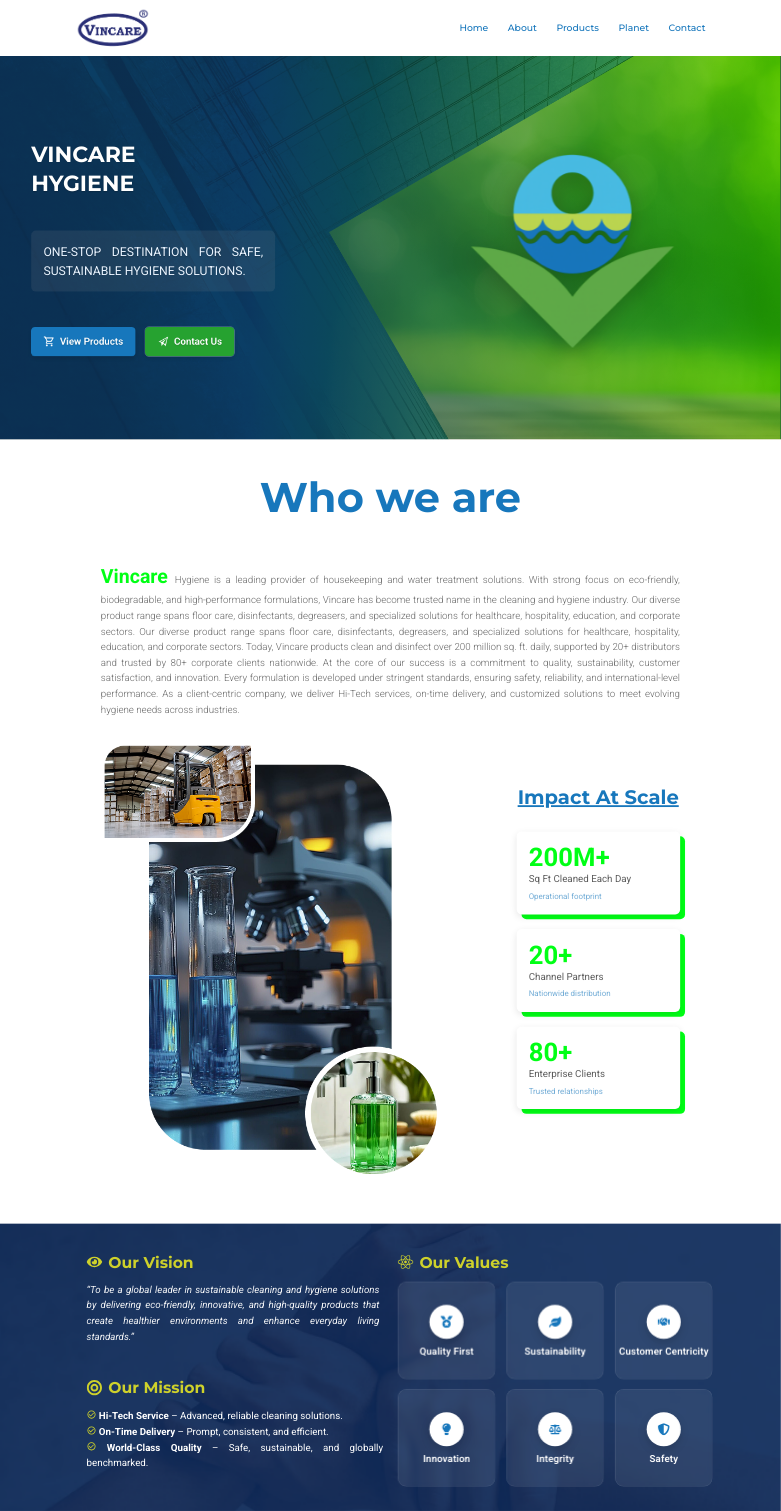
Repository: Yeshwanth-189/vincare
Page: / (app in vincare-frontend/)
The author's editor kept a copy of each file at every save. The page is drawn from the files as they stood at one save, then again after the next save.
The browser window is 1280 px wide. The pictures show the whole page, at 61% of full size.
The project was rebuilt for these pictures with package versions that can differ from the ones it lists, and the page was loaded fresh each time. Also part of the build but not shown: vincare-frontend/vite.config.js.

Above is the page before, as saved 2025-09-20 18:50:46.

### vincare-frontend/index.html
<!DOCTYPE html>
<html lang="en">
  <head>
    <meta charset="UTF-8" />
    <link rel="preconnect" href="https://fonts.googleapis.com" />
    <link rel="preconnect" href="https://fonts.gstatic.com" crossorigin />
    <link rel="icon" type="image/svg+xml" href="/Vincare-Logo.png" />
    <link
      href="https://fonts.googleapis.com/css2?family=Lato:ital,wght@0,100;0,300;0,400;0,700;0,900;1,100;1,300;1,400;1,700;1,900&family=Montserrat:ital,wght@0,100..900;1,100..900&family=Roboto:ital,wght@0,100..900;1,100..900&display=swap"
      rel="stylesheet"
    />
    <meta name="viewport" content="width=device-width, initial-scale=1.0" />
    <title>Vincare Hygiene</title>
  </head>
  <body>
    <div id="root"></div>
    <script type="module" src="/src/main.jsx"></script>
  </body>
</html>

### vincare-frontend/src/App.jsx
import "./App.css";
import Vincare from "./components/Vincare";
import { BrowserRouter as Router, Routes, Route } from "react-router-dom";

function App() {
  return (
    <>
      <Router>
        <Routes>
          <Route path="/" element={<Vincare />} />
        </Routes>
      </Router>
    </>
  );
}

export default App;

### vincare-frontend/src/App.css
:root {
  /* Brand Colors */
  --color-primary: #1777bc; /* Dark Navy Blue */
  --color-secondary: rgb(0, 255, 21); /* Professional Light Blue */

  /* Backgrounds */
  --color-bg: #ffffff;
  --color-bg-light: #f5f5f5;

  /* Neutral Grays */
  --color-gray-dark: #333333;
  --color-gray-mid: #666666;
  --color-gray-light: #f5f5f5;

  /* Status Colors */
  --color-success: #2e7d32;
  --color-warning: #ed6c02;
  --color-error: #d32f2f;

  /* Typography */
  --font-heading: "Montserrat", serif;
  --font-body: "Roboto", sans-serif;

  /* Font Sizes (scalable for responsive design) */
  --text-h1: 2.5rem;
  --text-h2: 2rem;
  --text-h3: 1.5rem;
  --text-body: 1rem;
  --text-small: 0.875rem;

  /* Spacing (consistent padding/margin system) */
  --space-xs: 4px;
  --space-sm: 8px;
  --space-md: 16px;
  --space-lg: 24px;
  --space-xl: 32px;

  /* Border Radius */
  --radius-sm: 4px;
  --radius-md: 8px;
  --radius-lg: 16px;

  /* Shadows */
  --shadow-sm: 0 1px 2px rgba(0, 0, 0, 0.05);
  --shadow-md: 0 4px 6px rgba(0, 0, 0, 0.1);
  --shadow-lg: 0 10px 15px rgba(0, 0, 0, 0.15);
}

html,
body {
  margin: 0;
  padding: 0;
}
* {
  box-sizing: border-box;
}
/* Base Typography */
body {
  font-family: var(--font-body);
  font-size: var(--text-body);
  color: var(--color-gray-dark);
  background-color: var(--color-bg);
  margin: 0;
  padding: 0;
}

h1,
h2,
h3,
h4,
h5,
h6 {
  font-family: var(--font-heading);
  color: var(--color-primary);
  margin: 0 0 var(--space-md);
}

p {
  margin: 0 0 var(--space-md);
  color: var(--color-gray-mid);
}

### vincare-frontend/src/components/Vincare.jsx
import React from "react";
import NavBar from "../components/Navbar";
import Hero from "../components/Hero";
import About from "../components/About";
// import Services from "../components/Services";
// import Projects from "../components/Projects";
// import Courses from "../components/Courses";
// import Blogs from "../components/Blogs";
// import Contact from "../components/Contact";
// import Footer from "../components/Footer";

function Vincare() {
  return (
    <>
      <NavBar />
      <section id="home">
        <Hero />
      </section>
      <section id="about">
        <About />
      </section>
      {/* <section id="services">
        <Services />
      </section>
      <section id="courses">
        <Courses />
      </section>
      <section id="projects">
        <Projects />
      </section>
      <section id="blogs">
        <Blogs />
      </section>
      <section id="contact">
        <Contact />
      </section>
      <Footer /> */}
    </>
  );
}

export default Vincare;

### vincare-frontend/src/components/Navbar.jsx
import React, { useState } from "react";
import { Link as ScrollLink } from "react-scroll";
import "../styles/Navbar.css";
import VincareLogo from "../assets/Vincare-Logo.png";
import VincareWordLogo from "../assets/Vincare-Word-Logo.png";

function Navbar() {
  const [isOpen, setIsOpen] = useState(false);

  return (
    <nav className="navbar">
      <div className="navbar-grid">
        <div className="col-1" />

        <div className="col-2to11 navbar-content">
          <div className="navbar-logo">
            <img
              alt="logo"
              className="navbar-word-logo-image"
              src={VincareWordLogo}
            />
            <div className="hamburger" onClick={() => setIsOpen(!isOpen)}>
              <span className={isOpen ? "bar rotate-top" : "bar"}></span>
              <span className={isOpen ? "bar fade" : "bar"}></span>
              <span className={isOpen ? "bar rotate-bottom" : "bar"}></span>
            </div>
          </div>

          {/* Smooth Scrolling Links */}
          <div className={`navbar-links ${isOpen ? "open" : ""}`}>
            <ScrollLink
              to="home"
              smooth={true}
              duration={700}
              onClick={() => setIsOpen(false)}
            >
              Home
            </ScrollLink>
            <ScrollLink
              to="about"
              smooth={true}
              duration={700}
              onClick={() => setIsOpen(false)}
            >
              About
            </ScrollLink>
            <ScrollLink
              to="services"
              smooth={true}
              duration={700}
              onClick={() => setIsOpen(false)}
            >
              Products
            </ScrollLink>
            <ScrollLink
              to="courses"
              smooth={true}
              duration={700}
              onClick={() => setIsOpen(false)}
            >
              Planet
            </ScrollLink>
            <ScrollLink
              to="contact"
              smooth={true}
              duration={700}
              onClick={() => setIsOpen(false)}
            >
              Contact
            </ScrollLink>
          </div>
        </div>

        <div className="col-12" />
      </div>
    </nav>
  );
}

export default Navbar;

### vincare-frontend/src/components/Hero.jsx
import React from "react";
// eslint-disable-next-line no-unused-vars
import { motion } from "framer-motion";
import "../styles/hero.css";
import HeroBg from "../assets/hero-of-bg.png";
import SideImage from "../assets/Vincare-Logo.png";
import { IoMdPaperPlane } from "react-icons/io";
import { MdOutlineShoppingCart } from "react-icons/md";

/**
 * Props:
 * - title       (string)
 * - subtitle    (string)
 * - text        (string)
 * - primaryCta  ({ label: string, onClick?: fn, href?: string })
 * - secondaryCta({ label: string, onClick?: fn, href?: string })
 * - bgImage     (string) // URL for hero background image
 */
export default function Hero({
  title = "VINCARE",
  subtitle = "HYGIENE",
  text = "ONE-STOP DESTINATION FOR SAFE, SUSTAINABLE HYGIENE SOLUTIONS.",
  primaryCta = { label: "View Products", href: "#" },
  secondaryCta = { label: "Contact Us", href: "#" },
  bgImage = HeroBg,
  sideImage = SideImage,
}) {
  // animation variants
  const container = {
    hidden: { opacity: 0 },
    show: {
      opacity: 1,
      transition: { staggerChildren: 0.12, delayChildren: 0.15 },
    },
  };

  const riseUp = {
    hidden: { opacity: 0, y: 24 },
    show: {
      opacity: 1,
      y: 0,
      transition: { type: "spring", stiffness: 90, damping: 14 },
    },
  };

  const slideIn = {
    hidden: { opacity: 0, x: -24 },
    show: {
      opacity: 1,
      x: 0,
      transition: { type: "spring", stiffness: 90, damping: 16 },
    },
  };

  const fadeIn = {
    hidden: { opacity: 0 },
    show: { opacity: 1, transition: { duration: 0.35 } },
  };

  return (
    <section
      className="hero"
      style={{ ["--hero-bg-image"]: `url(${bgImage})` }}
      aria-label="Intro"
    >
      <div className="hero__inner">
        {/* Column 1 & 12 are gutters by layout rules in CSS */}
        <motion.div
          className="hero__content"
          variants={container}
          initial="hidden"
          animate="show"
        >
          <motion.h1 className="hero__title" variants={riseUp}>
            {title}
          </motion.h1>

          <motion.h1 className="hero__title" variants={fadeIn}>
            {subtitle}
          </motion.h1>

          <motion.p className="hero__text" variants={slideIn}>
            {text}
          </motion.p>

          <motion.div className="hero__actions" variants={fadeIn}>
            {primaryCta?.href ? (
              <a className="btn btn--primary" href={primaryCta.href}>
                <MdOutlineShoppingCart className="btn__icon" />
                {primaryCta.label}
              </a>
            ) : (
              <button
                className="btn btn--primary"
                onClick={primaryCta?.onClick}
              >
                <MdOutlineShoppingCart className="btn__icon" />
                {primaryCta.label}
              </button>
            )}

            {secondaryCta?.href ? (
              <a className="btn btn--ghost" href={secondaryCta.href}>
                <IoMdPaperPlane className="btn__icon" />
                {secondaryCta.label}
              </a>
            ) : (
              <button
                className="btn btn--ghost"
                onClick={secondaryCta?.onClick}
              >
                <IoMdPaperPlane className="btn__icon" />
                {secondaryCta.label}
              </button>
            )}
          </motion.div>
        </motion.div>
        <motion.div className="hero__visual">
          <motion.img
            src={sideImage}
            alt="Illustration"
            className="hero__visual-img"
            initial={{ rotateY: 0 }}
            animate={{ rotateY: 1080 }}
            transition={{ duration: 1.2, ease: "easeOut" }}
          />
        </motion.div>
      </div>
    </section>
  );
}

### vincare-frontend/src/styles/Navbar.css
.navbar {
  position: fixed;
  width: 100%;
  background-color: var(--color-bg);
  z-index: 999;
  padding: 1% 0 1%;
}

.navbar-grid {
  display: grid;
  grid-template-columns: repeat(12, 1fr);
  align-items: center;
  max-width: 1400px;
  margin: 0 auto;
  padding: 0 20px;
}

.col-1 {
  grid-column: 1 / 2;
}

.col-2to11 {
  grid-column: 2 / 12;
  display: flex;
  justify-content: space-between;
  align-items: center;
}

.col-12 {
  display: none;
}

/* Left: Logo */
.navbar-logo {
  font-family: "Montserrat", serif;
  font-size: 1.3rem;
  color: var(--color-primary);
  display: flex;
  justify-content: flex-start;
  align-items: flex-start;
  width: 100%;
}

.navbar-logo-image {
  width: 8%;
}
.navbar-word-logo-image {
  width: 20%;
}
.primary {
  color: #0a2540;
}

.secondary {
  color: #51ba31;
}

/* Right: Links */
.navbar-links {
  display: flex;
  gap: 32px;
  font-family: "Montserrat", serif;
  font-size: 0.95rem;
}

.navbar-links a {
  color: var(--color-primary);
  text-decoration: none;
  transition: color 0.3s ease;
  position: relative;
}

.navbar-links a:hover {
  color: var(--color-secondary);
  cursor: pointer;
}

.navbar-links a::after {
  content: "";
  display: block;
  height: 2px;
  width: 0;
  background-color: var(--color-secondary);
  transition: width 0.3s ease;
  position: absolute;
  bottom: -4px;
  left: 0;
}

.navbar-links a:hover::after {
  width: 100%;
}
.hamburger {
  display: none;
  flex-direction: column;
  justify-content: center;
  align-items: flex-end;
  gap: 5px;
  margin-left: auto;
  cursor: pointer;
  z-index: 1000;
}

.bar {
  width: 22px;
  height: 3px;
  background-color: #0a2540;
  transition: all 0.3s ease;
}

.rotate-top {
  transform: rotate(45deg) translateY(8px);
}

.fade {
  opacity: 0;
}

.rotate-bottom {
  transform: rotate(-45deg) translateY(-8px);
}

/* Responsive */
@media screen and (max-width: 768px) {
  .navbar-grid {
    grid-template-columns: 1fr;
  }

  .col-2to11 {
    flex-direction: column;
    gap: 14px;
    grid-column: span 12;
  }

  .navbar-logo {
    font-size: 1.1rem;
  }

  .navbar-logo-image {
    width: 10%;
    padding-top: 3%;
  }

  .navbar-word-logo-image {
    width: 20%;
    padding-top: 3%;
    padding-bottom: 3%;
  }

  .navbar-links {
    flex-direction: column;
    gap: 12px;
  }
  @media screen and (max-width: 768px) {
    .hamburger {
      margin-top: 5%;
      display: flex;
    }
    .navbar {
      top: 0;
      border-bottom: 1px solid #0a2540;
    }

    .navbar-links {
      display: none;
      flex-direction: column;
      gap: 16px;
      margin-top: 1rem;
      width: 100%;
    }

    .navbar-links.open {
      display: flex;
      animation: fadeIn 0.3s ease-in-out;
    }
  }

  @keyframes fadeIn {
    from {
      opacity: 0;
      transform: translateY(-10px);
    }
    to {
      opacity: 1;
      transform: translateY(0);
    }
  }
}

### vincare-frontend/src/styles/Hero.css
.hero {
  /* Full width + viewport height hero */
  position: relative;
  width: 100%;
  min-height: clamp(720px, 70vh, 860px);
  display: grid;
  align-items: center;
  padding-top: 10%;

  /* Layered background: gradient + full-cover image */
  --gradient: linear-gradient(
    90deg,
    #134e89a5 32%,
    rgba(30, 255, 0, 0.449) 99%
  );
  --bg-image: var(--hero-bg-image, url(""));

  background-image: var(--gradient), var(--bg-image);
  background-size: cover, cover;
  background-position: center, center;
  background-repeat: no-repeat, no-repeat;
  /* A subtle dark overlay for legibility (tweak if needed) */
  box-shadow: inset 0 0 0 100vmax rgba(0, 0, 0, 0.12);
  overflow: hidden;
}

/* 12-column grid container inside the hero */
.hero__inner {
  width: min(1200px, 92vw);
  margin-inline: auto;
  display: grid;
  grid-template-columns: repeat(12, minmax(0, 1fr));
  column-gap: 16px;
  row-gap: 16px;
  padding: clamp(24px, 4vw, 48px) 0;
}

/* Content from columns 2–7 (1 and 12 are gutters) */
.hero__content {
  grid-column: 1 / 7; /* spans columns 2..7 inclusive */
  color: #fff; /* ensure readability over image/gradient */
  text-shadow: 0 1px 2px rgba(0, 0, 0, 0.2);
}

.hero__visual {
  grid-column: 8 / 12; /* spans 8,9,10,11 */
  display: grid;
  align-items: center;
  justify-items: center;
  padding: 8px;
}

.hero__visual-img {
  width: 100%;
  height: auto;
  object-fit: contain; /* no cropping */
  filter: drop-shadow(0 10px 20px rgba(0, 0, 0, 0.25));
  user-select: none;
  pointer-events: none;
}

.hero__title {
  font-family: var(--font-heading);
  font-size: clamp(2rem, 3.5vw + 0.5rem, 2.25rem);
  line-height: 1.1;
  margin: 0 0 var(--space-sm);
  color: #fff; /* override heading default color for contrast */
}

.hero__text {
  display: block; /* Make it a block element */
  max-width: 400px; /* Control width so it forms a block */
  margin: 10% 0% 10% 0%; /* Center horizontally with auto */
  padding: 20px; /* Add spacing inside */
  font-family: "Roboto", sans-serif; /* Use a clean, readable font */
  font-size: clamp(1.2rem, 2.7vw + 0.5rem, 1.25rem);
  background: rgba(
    154,
    154,
    154,
    0.126
  ); /* Optional background to see the block */
  color: #eaf4ff;
  text-align: justify; /* Justify text */
  border-radius: 8px; /* Optional rounded edges */
}
/* Actions (two buttons) */
.hero__actions {
  display: flex;
  gap: var(--space-md);
  flex-wrap: wrap;
}

.btn {
  appearance: none;
  border: 0;
  cursor: pointer;
  font: inherit;
  padding: 12px 18px;
  border-radius: 5px;
  box-shadow: var(--shadow-md);
  transition: transform 180ms ease, box-shadow 180ms ease, opacity 180ms ease;
  text-decoration: none;
  justify-content: center;
  will-change: transform;
  display: inline-flex; /* Align icon + text */
  align-items: center;
  gap: 8px; /* space between icon and text */
  padding: 0.75rem 1.25rem;
  border-radius: 6px;
  font-weight: 600;
  cursor: pointer;
  text-decoration: none;
}

.btn__icon {
  font-size: 1.2em; /* Adjust size */
}

.btn:hover {
  transform: translateY(-1px);
  box-shadow: var(--shadow-lg);
  border: 1px solid rgb(255, 255, 255);
  color: #fff;
}

.btn:active {
  transform: translateY(0);
  box-shadow: var(--shadow-sm);
}

.btn--primary {
  background: var(--color-primary);
  color: #fff;
}

.btn--ghost {
  background: rgb(38, 162, 48);
  color: #fff;
  outline: 1px solid rgba(255, 255, 255, 0.25);
}

/* ------- Responsive ------- */
@media (max-width: 900px) {
  .hero__content {
    grid-column: 2 / 12; /* let content breathe on medium screens */
  }
}

@media (max-width: 640px) {
  .hero__inner {
    width: 92vw;
    grid-template-columns: repeat(12, minmax(0, 1fr));
    row-gap: 12px;
    padding-top: 10%;
  }

  .hero__text {
    font-size: clamp(0.75rem, 1.5vw + 0.5rem, 1.75rem);
  }

  .hero__content {
    grid-column: 2 / 12; /* gutters stay, content fills */
  }

  .hero {
    min-height: 70vh;
  }

  .hero__actions .btn {
    width: 100%;
    justify-content: center;
  }
}

Loaded but not shown: vincare-frontend/src/main.jsx (common file); vincare-frontend/src/index.css (common file); vincare-frontend/src/components/About.jsx (277 lines, source omitted); vincare-frontend/src/styles/About.css (396 lines, source omitted)

After the next save:
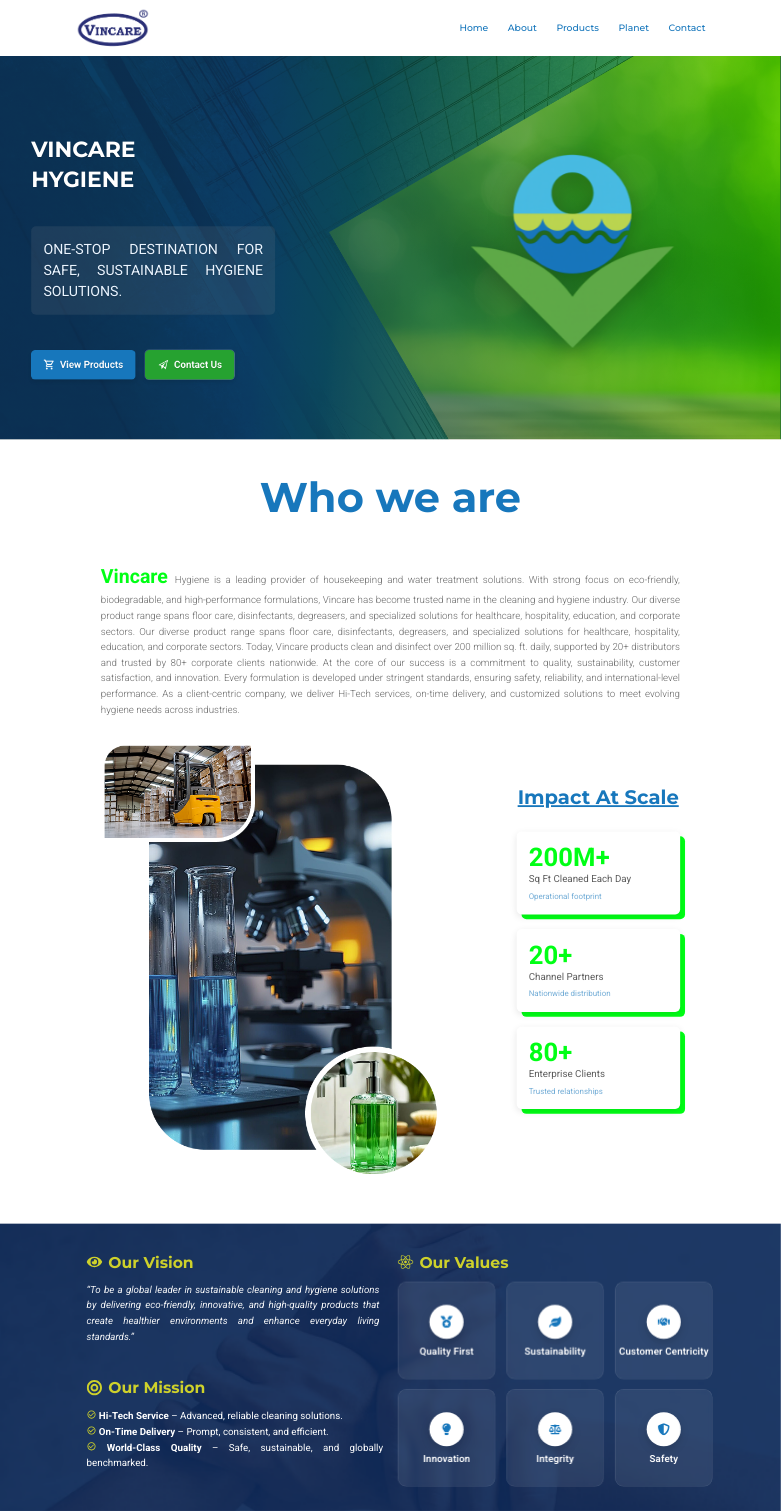
Saved 4 s later.
--- a/vincare-frontend/src/styles/Hero.css
+++ b/vincare-frontend/src/styles/Hero.css
@@ -73,7 +73,7 @@
   margin: 10% 0% 10% 0%; /* Center horizontally with auto */
   padding: 20px; /* Add spacing inside */
   font-family: "Roboto", sans-serif; /* Use a clean, readable font */
-  font-size: clamp(1.2rem, 2.7vw + 0.5rem, 1.25rem);
+  font-size: clamp(1.2rem, 2.7vw + 0.5rem, 1.45rem);
   background: rgba(
     154,
     154,

After the save that followed:
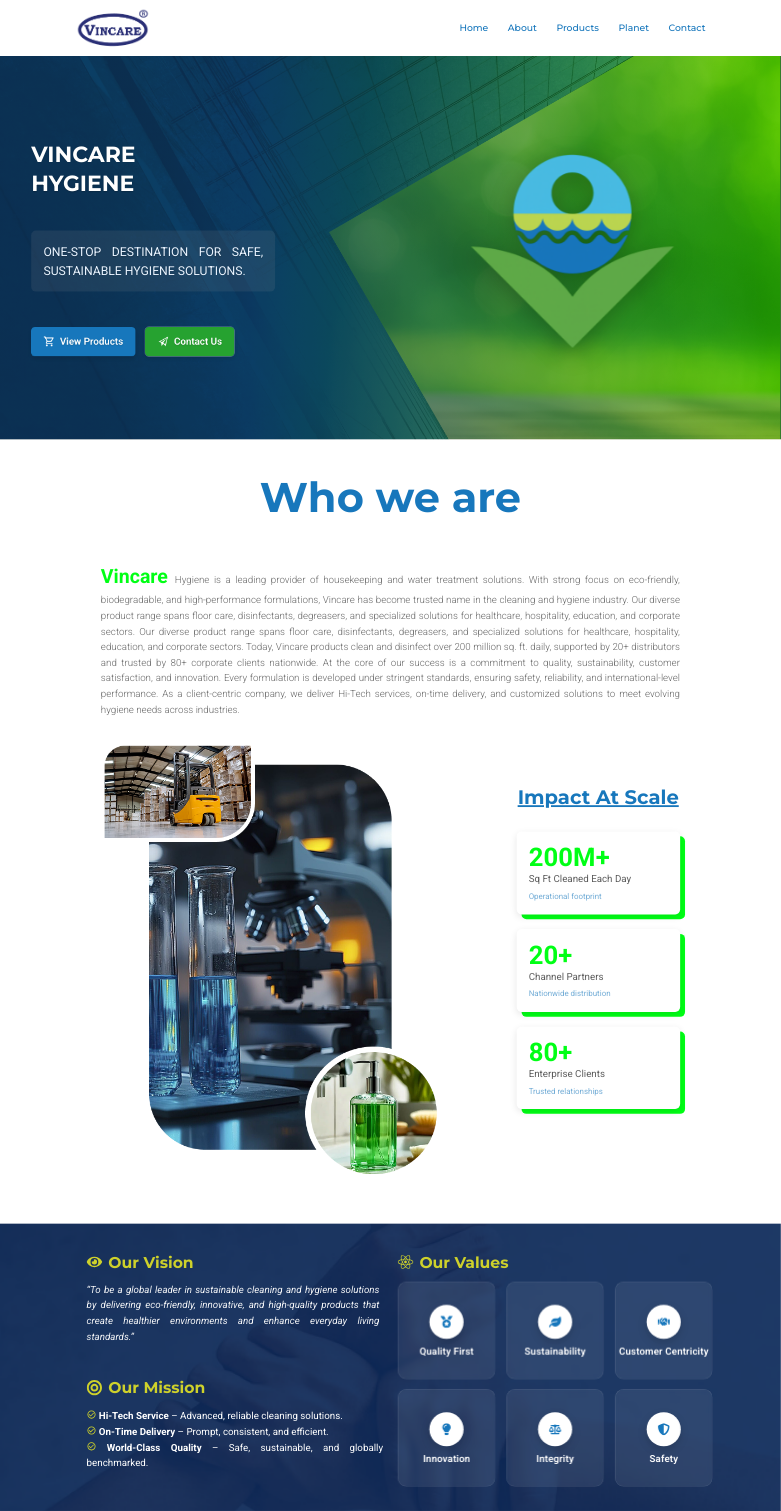
Saved 13 s later.
--- a/vincare-frontend/src/styles/Hero.css
+++ b/vincare-frontend/src/styles/Hero.css
@@ -73,7 +73,7 @@
   margin: 10% 0% 10% 0%; /* Center horizontally with auto */
   padding: 20px; /* Add spacing inside */
   font-family: "Roboto", sans-serif; /* Use a clean, readable font */
-  font-size: clamp(1.2rem, 2.7vw + 0.5rem, 1.45rem);
+  font-size: clamp(1rem, 2.5vw + 0.5rem, 1.25rem);
   background: rgba(
     154,
     154,
